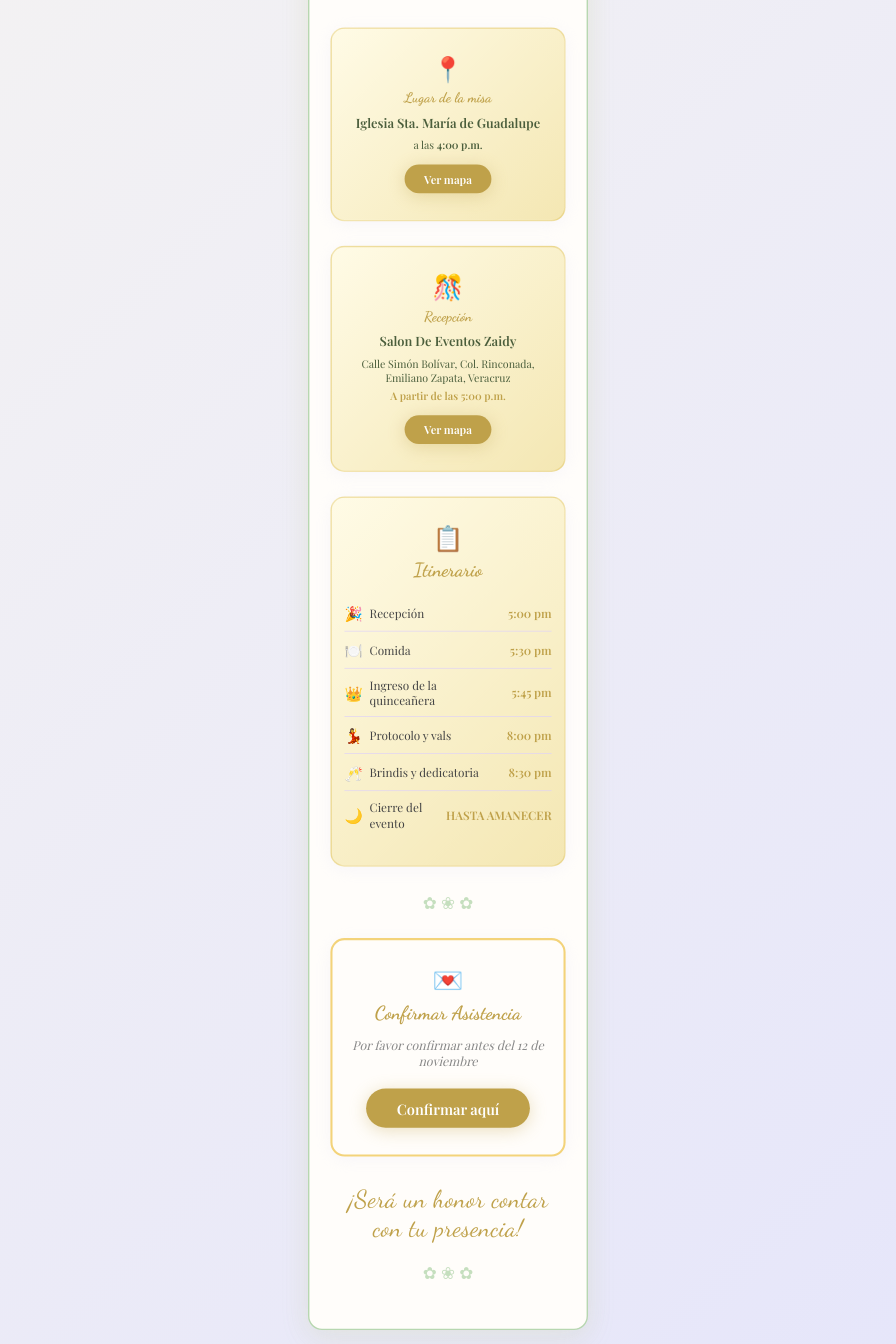
Repository: Jurgt2/InvitacionXvCamila
Page: index.html
An editor plug-in stored every save of this project. The page is shown before and after the next save, followed by the edit.
The browser window is 1280 px wide. The pictures show the part of the page from y = 1293 to 3213 px (the page is 3213 px tall), at 70% of full size.
Some web fonts or font styles are not loaded; a fallback is used.

Above is the page before, as saved 2025-11-15 16:47:23.
Console error: TypeError: Cannot read properties of null (reading 'href')

After the next save:
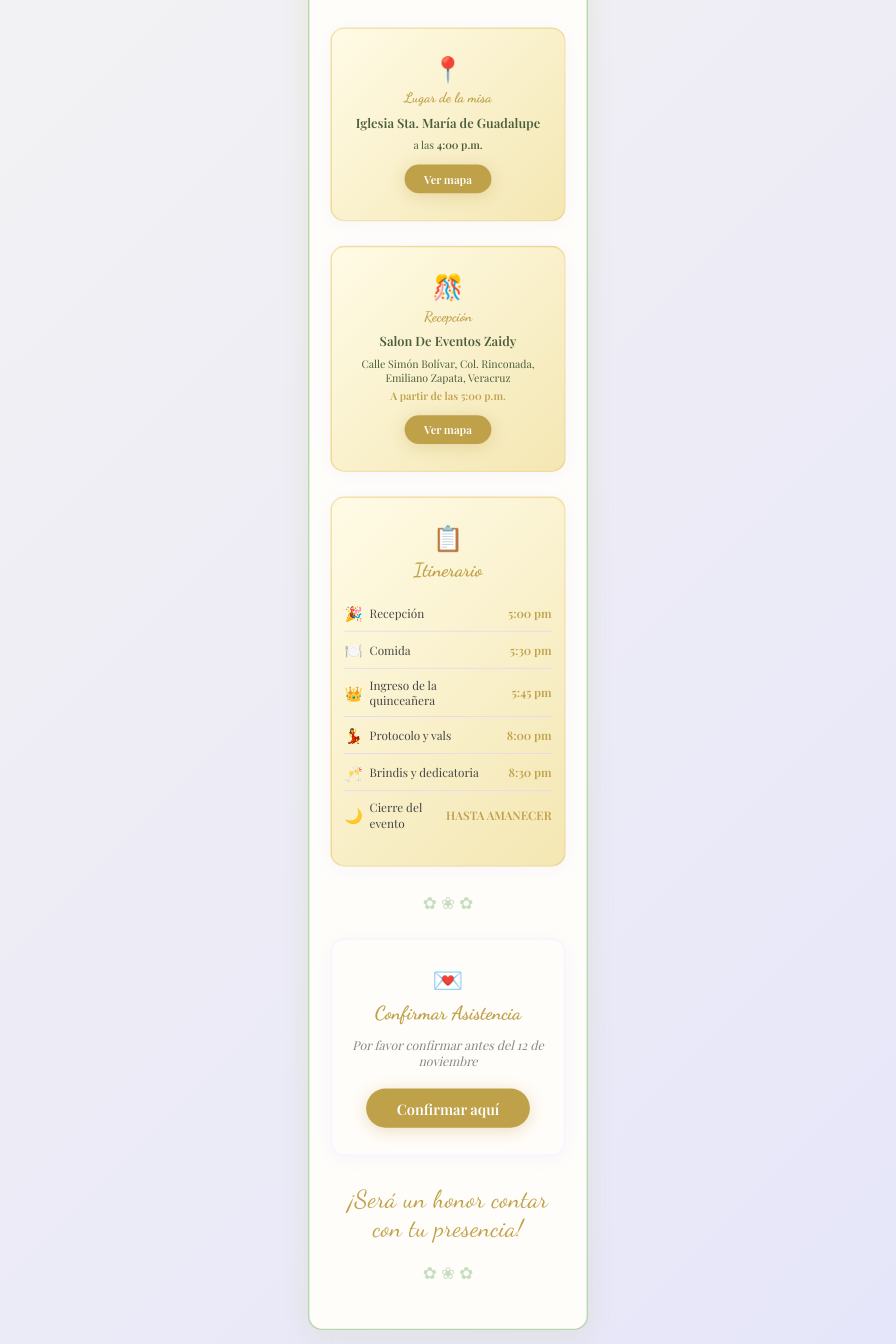
Saved 57 s later.
--- a/index.html
+++ b/index.html
@@ -158,7 +158,7 @@
         <div class="cuadro-rsvp" style="background: 💌
 Confirmar Asistencia
 Por favor confirmar antes del 12 de noviembre
-Confirmar aquí; border: 3px solid #f3d37a; border-radius: 20px; padding: 32px 18px 38px 18px; margin: 35px 0; text-align: center; box-shadow: 0 4px 24px #e6e6fa55;">
+Confirmar aquí; border: 3px solid #faf4ff; border-radius: 20px; padding: 32px 18px 38px 18px; margin: 35px 0; text-align: center; box-shadow: 0 4px 24px #e6e6fa55;">
             <div style="font-size:2.2rem; margin-bottom: 8px; color:#bfa14a;">💌</div>
             <div style="font-family: 'Dancing Script', cursive; font-size:1.7rem; color:#bfa14a; margin-bottom: 18px; font-weight: 700;">Confirmar Asistencia</div>
             <div style="font-family: 'Playfair Display', serif; font-size:1.1rem; color:#888; font-style:italic; margin-bottom: 28px;">Por favor confirmar antes del 12 de noviembre</div>

After the save that followed:
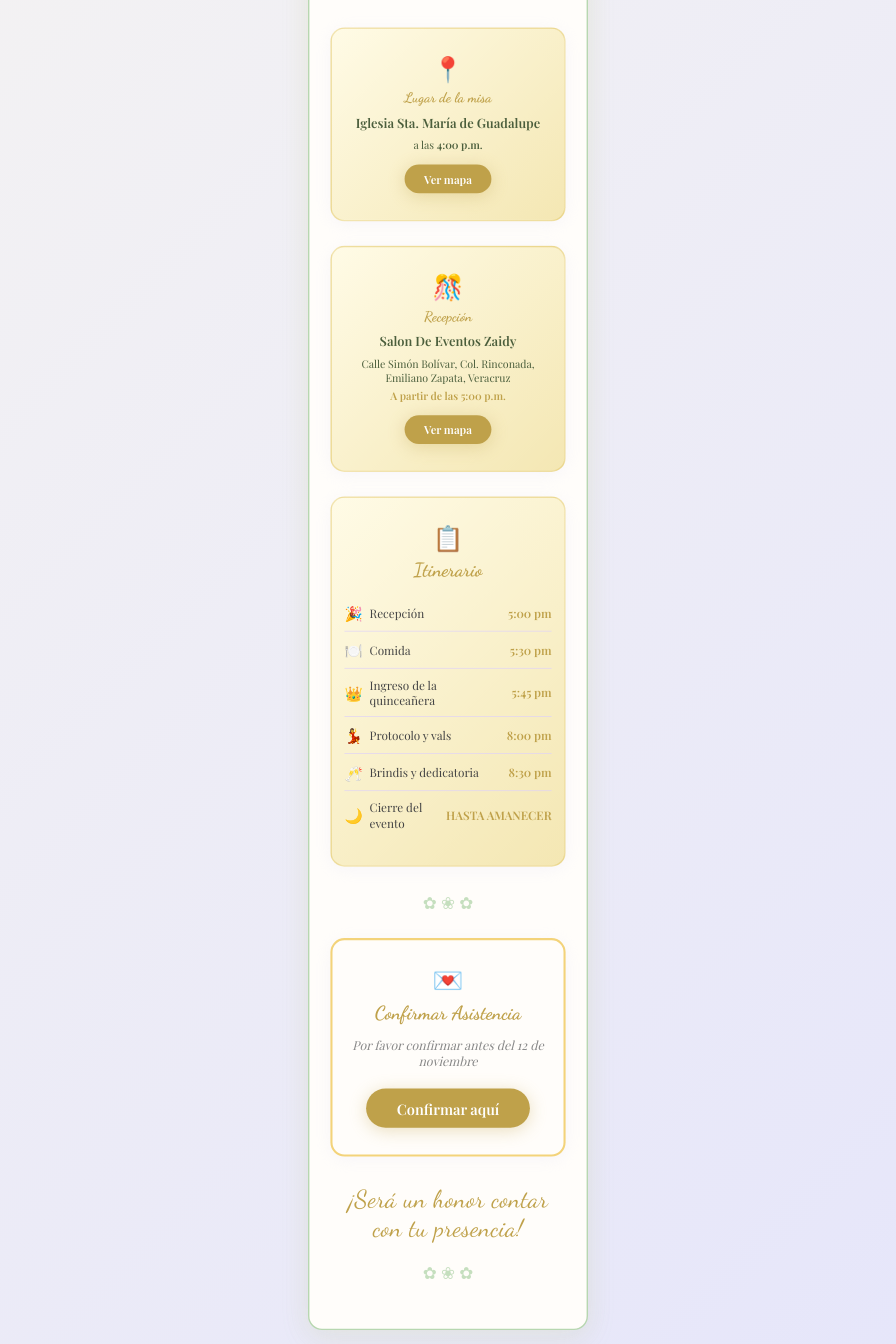
Saved 15 s later.
--- a/index.html
+++ b/index.html
@@ -158,7 +158,7 @@
         <div class="cuadro-rsvp" style="background: 💌
 Confirmar Asistencia
 Por favor confirmar antes del 12 de noviembre
-Confirmar aquí; border: 3px solid #faf4ff; border-radius: 20px; padding: 32px 18px 38px 18px; margin: 35px 0; text-align: center; box-shadow: 0 4px 24px #e6e6fa55;">
+Confirmar aquí; border: 3px solid #f3d37a; border-radius: 20px; padding: 32px 18px 38px 18px; margin: 35px 0; text-align: center; box-shadow: 0 4px 24px #e6e6fa55;">
             <div style="font-size:2.2rem; margin-bottom: 8px; color:#bfa14a;">💌</div>
             <div style="font-family: 'Dancing Script', cursive; font-size:1.7rem; color:#bfa14a; margin-bottom: 18px; font-weight: 700;">Confirmar Asistencia</div>
             <div style="font-family: 'Playfair Display', serif; font-size:1.1rem; color:#888; font-style:italic; margin-bottom: 28px;">Por favor confirmar antes del 12 de noviembre</div>
